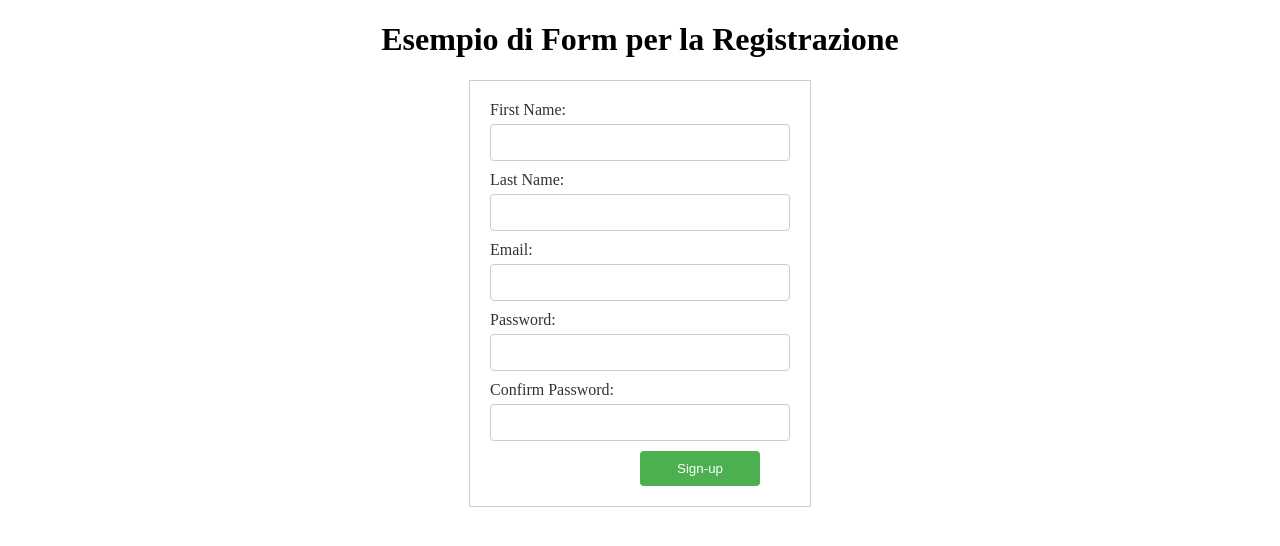
Repository: GiuuGpEEp/TerzoAnnoUni
Page: SAW/Esercizi/Form/Form.html
These files come from the project's save history. The page is drawn as it stood at one moment and after the next save; the edit follows.
The browser window is 1280 px wide. The pictures show the whole page.

Above is the page before, as saved 2024-11-18 22:45:16.

After the next save:
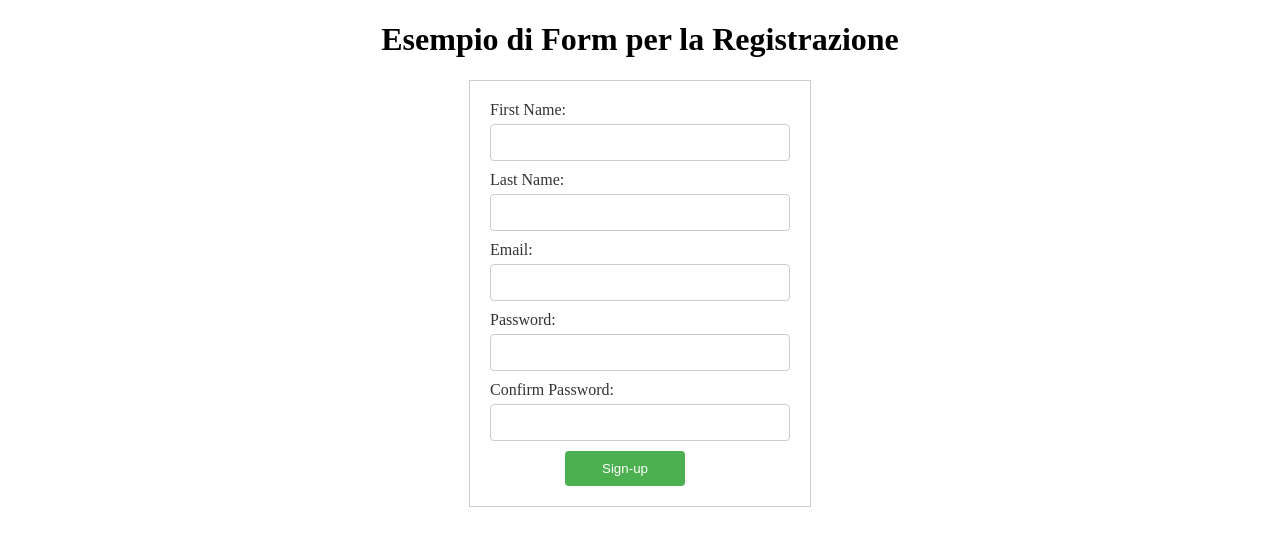
Saved 4 s later.
--- a/SAW/Esercizi/Form/Form.html
+++ b/SAW/Esercizi/Form/Form.html
@@ -35,7 +35,7 @@
               border: none;
               border-radius: 4px;
               cursor: pointer;
-              margin-left: 50%;
+              margin-left: 25%;
               width: 40%;
             }
 
